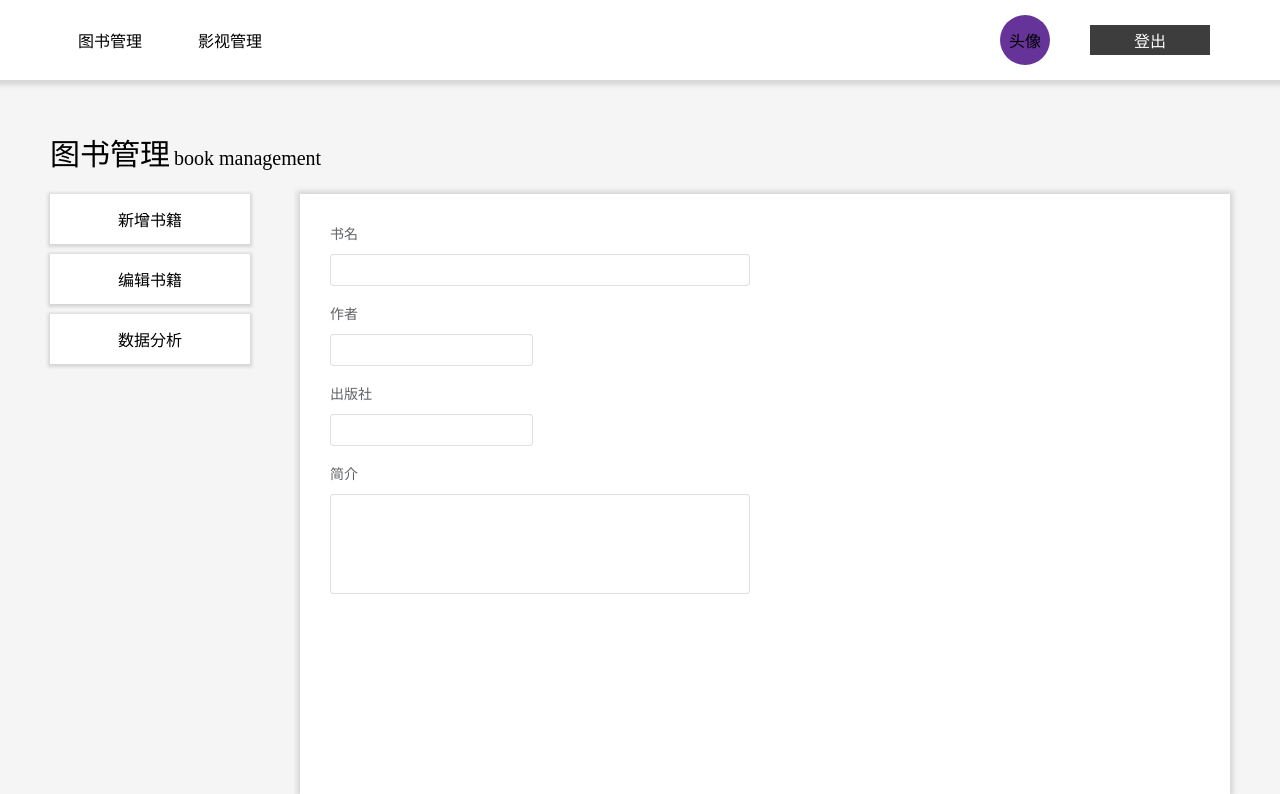
Repository: quanwangniuniu/Oasis-Reading-Platform
Page: /#/admin/books (app in Vue-frontend/)
The author's editor kept a copy of each file at every save. The page is drawn from the files as they stood at one save, then again after the next save.
The browser window is 1280 px wide. The pictures show the whole page.
Some web fonts or font styles are not loaded; a fallback is used. The project was rebuilt for these pictures with package versions that can differ from the ones it lists, and the page was loaded fresh each time. Also part of the build but not shown: Vue-frontend/vite.config.js, Vue-frontend/src/components/Test.vue, Vue-frontend/src/components/user/books/BookCard.vue, Vue-frontend/src/components/axios/config.js, Vue-frontend/src/components/axios/api.js, Vue-frontend/src/components/user/books/Books.vue, Vue-frontend/src/components/user/movies/Favourites.vue, Vue-frontend/src/components/user/explore/Explore.vue and 10 more.

Above is the page before, as saved 2023-04-13 16:32:27.

### Vue-frontend/index.html
<!DOCTYPE html>
<html lang="en">
  <head>
    <meta charset="UTF-8">
    <meta name="viewport" content="width=device-width, initial-scale=1.0">
    <title>Vite App</title>
    <style>
      *{
        padding: 0px;
        margin: 0px;
      }

      body{
        background-color: rgb(245, 245, 245);
      }
    </style>
  </head>
  <body>
    <div id="app"></div>
    <script type="module" src="/src/main.js"></script>
  </body>
</html>

### Vue-frontend/src/main.js
import { createApp } from 'vue'
import ElementPlus from 'element-plus'
import 'element-plus/dist/index.css'
import App from './App.vue'
import router from './components/router/router'
import * as ElementPlusIconsVue from '@element-plus/icons-vue'
import './assets/font/font.css'
import './assets/css/element.css'

const app = createApp(App)
app.use(router)
app.use(ElementPlus)
app.mount('#app')
for (const [key, component] of Object.entries(ElementPlusIconsVue)) {
    app.component(key, component)
  }

### Vue-frontend/src/App.vue
<script setup>
import Test from './components/Test.vue';
</script>

<template>
  <div>
    <router-view></router-view>
  </div>
</template>

<style scoped>
</style>

### Vue-frontend/src/components/router/router.js
import {createRouter, createWebHashHistory} from 'vue-router'
import Books from '../user/books/Books.vue'
import Movies from '../user/movies/Favourites.vue'
import Explore from '../user/explore/Explore.vue'
import Login from '../user/login/Login.vue'
import SpecificBook from '../user/books/SpecificBook.vue'
import User from '../User.vue'
import Admin from '../Admin.vue'
import UserInfo from '../user/info/UserInfo.vue'
import BookSearch from '../user/books/BookSearch.vue'
import Transit from '../user/books/Transit.vue'
import BookManagement from '../admin/bookManagement/BookManagement.vue'
import MovieManagement from '../admin/movieManagement/MovieManagement.vue'

import {checkUser} from './utils.js'

const router = createRouter({
    history: createWebHashHistory(),
    routes:[
        {path:'/user', component: User, alias:['/'], children:[
            {path:'books', component: Books},
            {path:'search',name:'search', component: BookSearch},
            {path:'transit',name:'transit', component: Transit},
            {path:'books/:id', component: SpecificBook,beforeEnter: checkUser},
            {path:'movies', component: Movies},
            {path:'explore', component: Explore},
            {path:'login', component: Login},
            {path:'info', component: UserInfo, beforeEnter: checkUser},
        ]},
        {path:'/admin', component: Admin,children:[
            {path:'books', component: BookManagement},
            {path:'movies', component: MovieManagement}
        ]}
    ]
})

export default router

### Vue-frontend/src/assets/font/font.css

  @font-face {
    font-family: siyuansongti;
    src: url(./Source_Han_Serif_SC_Light_Light.otf);
    font-weight: normal;
    font-style: normal;
  }

### Vue-frontend/src/assets/css/element.css
.el-textarea__inner{
    resize: none;
    height: 100px;
}

### Vue-frontend/src/components/Admin.vue
<script setup>
import BookManagementVue from './admin/bookManagement/BookManagement.vue';
import AdminHeader from './admin/header/AdminHeader.vue';
</script>

<template>
    <AdminHeader></AdminHeader>
    <router-view></router-view>
</template>

<style scoped>
</style>

### Vue-frontend/src/components/admin/bookManagement/BookManagement.vue
<script setup>
import LeftBar from './LeftBar.vue';
import {ref} from 'vue'


const bookItem = ref({
  title: '',
  author: '',
  publisher: '',
  ISBN: '',
  description: '',
  publish_year: '',
  page:'',
  binding: '',
  price:'',
  seriers:' '
})


</script>

<template>
  <div class="top-container">
    <div class="title">
      <span>图书管理</span>&nbsp;<span>book management</span>
    </div>
  </div>
  <div class="container">
      <LeftBar></LeftBar>
      <div class="panel">
        <div>
          <el-form
            label-position="top"
            label-width="100px"
            :model="formLabelAlign"
            style="max-width: 460px"
            :inline="true"
          >
            <el-form-item label="书名" style="width:420px">
              <el-input v-model="bookItem.title" />
            </el-form-item>
            <el-form-item label="作者">
              <el-input v-model="bookItem.author" />
            </el-form-item>
            <el-form-item label="出版社">
              <el-input v-model="bookItem.publisher" />
            </el-form-item>
            <el-form-item label="简介" style="width:420px">
                <el-input v-model="bookItem.description" type="textarea"/>
            </el-form-item>
          </el-form>
        </div>
      </div>
  </div>

</template>

<style scoped>
.top-container{
  margin: 50px 50px 0px 50px;
  display: flex;
  justify-content: space-between;
}

.title{
  width: 400px;
  font-family: siyuansongti;
}
.container{
  display: flex;
  margin: 20px 50px 0px 50px
}

.title span:nth-child(1){
  font-size: 30px;
}
.title span:nth-child(2){
  font-size: 20px;
}

.panel{
  box-sizing: border-box;
  flex: 1;
  height: 600px;
  background-color: white;
  box-shadow: 0 0 5px 3px rgb(214, 214, 214);
  padding: 30px;
}

</style>

### Vue-frontend/src/components/router/utils.js
export const checkUser = (from, to, next) => {
    if(localStorage.getItem('token') === null){
        next('/login')
    }else{
        next()
    }
}

### Vue-frontend/src/components/admin/header/AdminHeader.vue
<script setup>

let logout = () =>{
    localStorage.clear('token')
    localStorage.clear('type')
}

</script>

<template>
    <div>
        <div class="container">
            <div class="left">
                <div class="nav"><router-link to="/admin/books">图书管理</router-link></div>
                <div class="nav"><router-link to="/admin/movies">影视管理</router-link></div>
            </div>

            <div class="right">
                <div class="nav avata"><router-link to="/info">头像</router-link></div>
                <div class="nav login"><router-link to="/explore" @click="logout">登出</router-link></div>
            </div>

        </div>
    </div>

</template>

<style scoped>
.container{
    height: 80px;
    background-color: white;
    /* 边框模糊效果 */
    box-shadow: 0 0 5px 5px rgb(214, 214, 214);
    /* 开启flex布局 */
    display: flex;
    /* 设置元素靠右排列 */
    justify-content: space-between;
    /* 设置元素垂直居中 */
    align-items: center;
}

.left{
    display: flex;
    /* 设置元素垂直居中 */
    align-items: center;
    padding-left: 50px;
}

.right{
    display: flex;
    /* 设置元素垂直居中 */
    align-items: center;
    padding-right: 50px;
}

.nav{
    width: 80px;
    height: 30px;
    margin-left: 20px;
    margin-right: 20px;
    /* 设置nav内部a标签水平居中 */
    text-align: center;
    /* 开启flex局部 */
    display: flex;
    /* 设置nav内部a标签垂直居中 */
    align-items: center;
}

.nav a{
    width: 80px;
    /* 清除a标签默认样式 */
    text-decoration: none;
    color: black;

}

.login{
    width: 120px;
    background-color: rgb(61, 61, 61);
}

.login a{
    width: 1200px;
    color: white;
}

.avata{
    width: 50px;
    height: 50px;
    border-radius: 50%;
    background-color: rebeccapurple;
}


</style>

### Vue-frontend/src/components/admin/bookManagement/LeftBar.vue
<script setup>

</script>

<template>
    <div class="leftbar-container">
        <div class="card">
            新增书籍
        </div>
        <div class="card">
            编辑书籍
        </div>
        <div class="card">
            数据分析
        </div>
    </div>

</template>

<style scoped>
.leftbar-container{
    width: 250px;
    height: 600px;
}

.card{
    width: 200px;
    height: 50px;
    background: white;
    /* 设置卡片阴影 */
    box-shadow: 0px 1px 3px 2px rgb(214, 214, 214);
    /* 开启flex布局 文字水平垂直居中 */
    display: flex;
    justify-content: center;
    align-items:center;
    margin-bottom: 10px;
}

.card:hover{
    transform:scale(1.1);
}
</style>

After the next save:
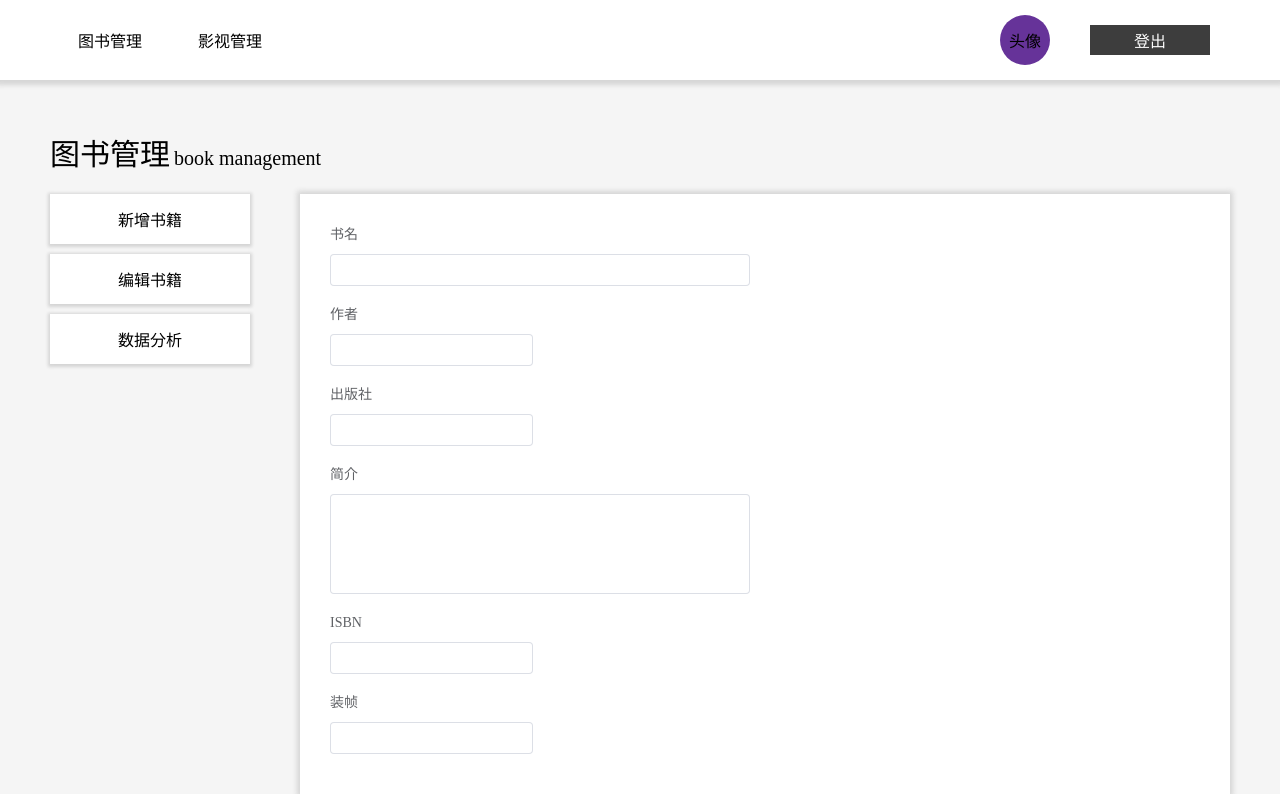
Saved 77 s later.
--- a/Vue-frontend/src/components/admin/bookManagement/BookManagement.vue
+++ b/Vue-frontend/src/components/admin/bookManagement/BookManagement.vue
@@ -48,6 +48,12 @@ const bookItem = ref({
             <el-form-item label="简介" style="width:420px">
                 <el-input v-model="bookItem.description" type="textarea"/>
             </el-form-item>
+            <el-form-item label="ISBN">
+              <el-input v-model="bookItem.ISBN" />
+            </el-form-item>
+            <el-form-item label="装帧">
+              <el-input v-model="bookItem.ISBN" />
+            </el-form-item>
           </el-form>
         </div>
       </div>
